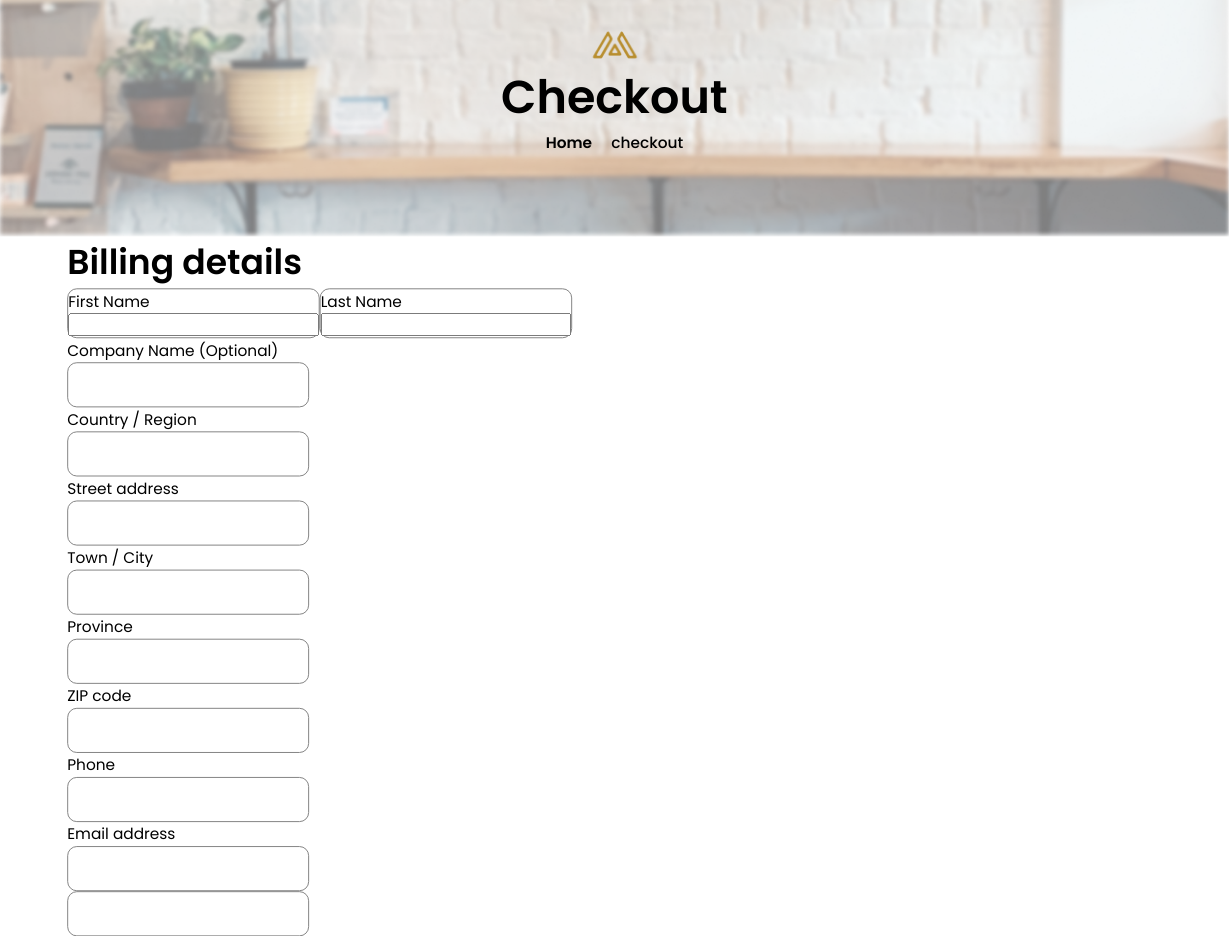
Repository: DT2301/project
Page: checkout.html
The author's editor kept a copy of each file at every save. The page is drawn from the files as they stood at one save, then again after the next save.
The browser window is 1280 px wide. The pictures show the part of the page from y = 142 to 1142 px (the page is 1117 px tall before and 1142 px after), at 96% of full size.
A picture or video elsewhere on the page could not be fetched, so the positions and the page height are approximate.

Above is the page before, as saved 2024-01-08 09:40:02.

### checkout.html
<!DOCTYPE html>
<html lang="en">

<head>
    <meta charset="UTF-8">
    <meta name="viewport" content="width=device-width, initial-scale=1.0">
    <title>Document</title>
    <link rel="preconnect" href="https://fonts.googleapis.com">
    <link rel="preconnect" href="https://fonts.gstatic.com" crossorigin>
    <link
        href="https://fonts.googleapis.com/css2?family=Poppins:ital,wght@0,400;0,500;0,600;0,700;1,400;1,600;1,700&display=swap"
        rel="stylesheet">
    <link rel="stylesheet" href="checkout.css">
</head>

<body>
    <header>
        <div class="sidebar">
            <div class="logo">
                <a href=""> <img srcset="./image/logox2.png 2x" alt=""></a>
            </div>
            <ul class="sidebar__menu--center">
                <li class="menu menu--home">
                    <a href="#">Home</a>
                </li>
                <li class="menu menu--shop">
                    <a href="#">Shop</a>
                </li>
                <li class="menu menu--about">
                    <a href="#">About</a>
                </li>
                <li class="menu menu--contact">
                    <a href="#">Contact</a>
                </li>
            </ul>
            <ul class="sidebar__menu--icon">
                <li class="menu menu--user">
                    <a href="#">
                        <span>
                            <ion-icon name="person-outline"></ion-icon>
                        </span>
                    </a>
                </li>
                <li class="menu menu--search">
                    <a href="#">
                        <span>
                            <ion-icon name="search-outline"></ion-icon>
                        </span>
                    </a>
                </li>
                <li class="menu menu--heart">
                    <a href="#">
                        <span>
                            <ion-icon name="heart-outline"></ion-icon>
                        </span>
                    </a>
                </li>
                <li class="menu menu--cart">
                    <a href="#">
                        <span>
                            <ion-icon name="cart-outline"></ion-icon>
                        </span>
                    </a>
                </li>
            </ul>
        </div>
        <div class="background_cart">
            <div class="cart_infor">
                <img srcset="./image/logoFontx2.png 2x" alt="">
                <h3>Checkout</h3>
                <div>
                    <span>Home</span>
                    <ion-icon name="chevron-forward-outline"></ion-icon>
                    <span>checkout</span>
                </div>
            </div>
        </div>
    </header>

    <main>
        <div class="billingdetail">
            <h2>Billing details</h2>
            <div class="input input_name">
                <div>
                    <label>First Name</label>
                    <input type="text">
                </div>
                <div>
                    <label>Last Name</label>
                    <input type="text">
                </div>
            </div>
            <div class="input ">
                <label>Company Name (Optional)</label>
                <input type="text">
            </div>
            <div class="input ">
                <label>Country / Region</label>
                <input type="text">
            </div>
            <div class="input ">
                <label>Street address</label>
                <input type="text">
            </div>
            <div class="input ">
                <label>Town / City</label>
                <input type="text">
            </div>
            <div class="input ">
                <label>Province</label>
                <input type="text">
            </div>
            <div class="input ">
                <label>ZIP code</label>
                <input type="number">
            </div>
            <div class="input ">
                <label>Phone</label>
                <input type="number">
            </div>
            <div class="input ">
                <label>Email address</label>
                <input type="email">
            </div>
            <div class="input ">
                <label></label>
                <input type="text">
            </div>
        </div>
    </main>
</body>

</html>

### checkout.css
* {
  padding: 0;
  margin: 0;
  font-family: "Poppins", sans-serif;
  color: black;
}

a,
ul {
  list-style: none;
  text-decoration: none;
}

.sidebar {
  display: flex;
  flex-direction: row;
  justify-content: center;
  align-items: center;
  background-color: white;
  width: 100%;
  height: 100px;
}

.logo {
  position: absolute;
  left: 50px;
}

.sidebar__menu--center {
  width: 30%;
  display: flex;
  justify-content: space-between;
  font-size: 16px;
  font-weight: 500;
  line-height: 24px;
}

.sidebar__menu--icon {
  display: flex;
  width: 15%;
  position: absolute;
  justify-content: space-between;
  right: 70px;
  font-size: 25px;
}

.background_cart {
  background-image: url(./image/background_cart.png);
  width: 100%;
  height: 18rem;
  background-size: cover;
}

.cart_infor img {
  width: 77px;
  height: 77px;
}

.cart_infor {
  display: flex;
  flex-direction: column;
  justify-content: center;
  align-items: center;
  padding-top: 50px;
}

.cart_infor h3 {
  margin-top: -20px;
  font-size: 48px;
  font-weight: 600;
  line-height: 72px;
  text-align: left;
}

.cart_infor div {
  display: flex;
  flex-direction: row;
  align-items: center;
}

.cart_infor ion-icon {
  margin-right: 10px;
  margin-left: 10px;
}

.cart_infor span {
  font-size: 16px;
  font-weight: 600;
  line-height: 24px;
  text-align: left;
}

.cart_infor span:last-child {
  font-weight: 500;
}

.billingdetail {
  display: flex;
  flex-direction: column;
  width: 610px;
  margin-left: 70px;
}

.billingdetail h2 {
  font-size: 36px;
  font-weight: 600;
  line-height: 54px;
  text-align: left;
}

.billingdetail span {
  font-size: 16px;
  font-weight: 500;
  line-height: 24px;
  text-align: left;
  color: #000000;
}

.billingdetail .input_name {
  display: flex;
  flex-direction: row;
}

.billingdetail .input_name div {
  display: flex;
  flex-direction: column;
}

.billingdetail .input_name > div {
  height: 50px;
  border-radius: 10px;
  border: 1px solid grey;
}

.billingdetail .input:not(:first-child) > input {
  width: 250px;
  height: 45px;
  border-radius: 10px;
  border: 1px solid grey;
  display: flex;
  flex-direction: column;
}

After the next save:
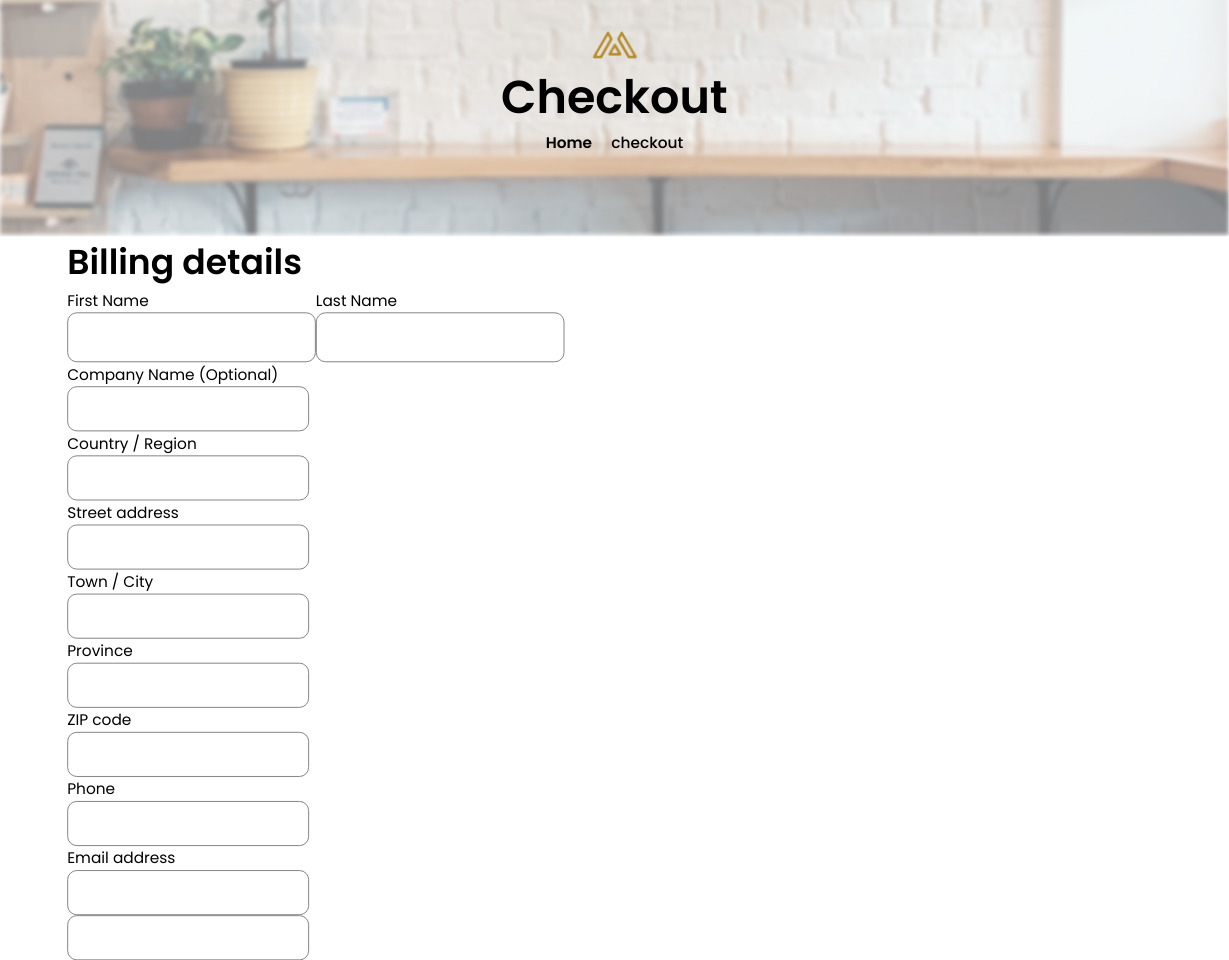
Saved 19 s later.
--- a/checkout.css
+++ b/checkout.css
@@ -126,7 +126,7 @@ ul {
   flex-direction: column;
 }
 
-.billingdetail .input_name > div {
+.billingdetail .input_name  div > input {
   height: 50px;
   border-radius: 10px;
   border: 1px solid grey;
